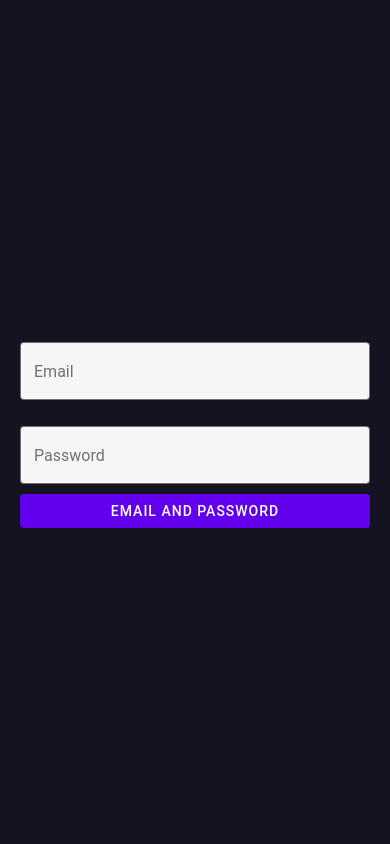
Repository: pascalgrim/GymTracker
Screen: /
These files come from the project's save history. The screen is drawn as it stood at one moment and after the next save; the edit follows.
The app was drawn by React Native's web renderer in a window 390 px wide. The project was rebuilt for these pictures with package versions that can differ from the ones it lists, and the page was loaded fresh each time. Also part of the build but not shown: components/menuCard.js, components/Dashboard.js, firebase.js, context/AuthContext.js.

Above is the screen before, as saved 2021-11-05 20:01:05.

### App.js
import { StatusBar } from "expo-status-bar";
import React from "react";
import {
  Button,
  StyleSheet,
  Text,
  View,
  TouchableOpacity,
  Image,
  SafeAreaView,
} from "react-native";
import MenuCard from "./components/menuCard";

// LOGOS
import mainLogo from "./imgs/mainLogo.png";
import SettingsIcon from "./imgs/mainSettings.png";

// ICONS FOR CARDS
import IconSessions from "./imgs/schreibe-brief.png";
import Dashboard from "./components/Dashboard";
import Signup from "./components/Signup";

export default function App() {
  return (
    <View style={styles.container}>
      {/* <Dashboard/> */}
      <Signup/>

      <StatusBar style="auto" />
    </View>
  );
}

const styles = StyleSheet.create({
  container: {
    flex: 1,
    backgroundColor: "#131321",
    paddingLeft: 20,
    paddingRight: 20,
    paddingTop: 30,
    paddingBottom: 20,
  },
});

### components/Signup.js
import React from 'react'
import {Card, Button,TextInput,Appbar} from 'react-native-paper';
import { View,StyleSheet } from 'react-native';
import { useRef ,useState} from 'react'
import { Link,Route,BrowserRouter as Router,Routes } from 'react-router-dom';
// import Button from '@mui/material/Button';
import {useAuth} from "../context/AuthContext"

export default function Signup() {
    const emailRef = useRef()
    const passwordRef = useRef()
    const passwordConfirmRef = useRef()
    const signup = useAuth()
    const [error,setError] = useState("")
    const [loading,setLoading] = useState(false)

    async function handleSubmit(e){
        e.preventDefault()
        console.log((passwordRef.current.value).length)

        if (passwordRef.current.value !== passwordConfirmRef.current.value){
            return setError("Passwords do not match.")
        }
        else if ((passwordRef.current.value).length < 6){
            return setError("Passwords must have at least 6 characters.")
        }
        try{
            setError("")
            setLoading(true)
            await signup(emailRef.current.value,passwordRef.current.value)
            history.push("/")
        }catch{
            setError("Failed to create an Account.")
        }
        setLoading(false)


    }
    return (
        <View style={styles.container}>
            <TextInput label="Email" mode="outlined" style={styles.textInput}/>
            <TextInput label="Password" mode="outlined" secureTextEntry={true} style={styles.textInput}/>
            <Button dark mode="contained" onPress={handleSubmit}>Email And Password</Button>
        </View>

    )
}

const styles = StyleSheet.create({
    container: {
        flex:1,
        justifyContent:"center",
    },
    textInput:{
        marginTop:10,
        marginBottom:10,
    }
  });

After the next save:
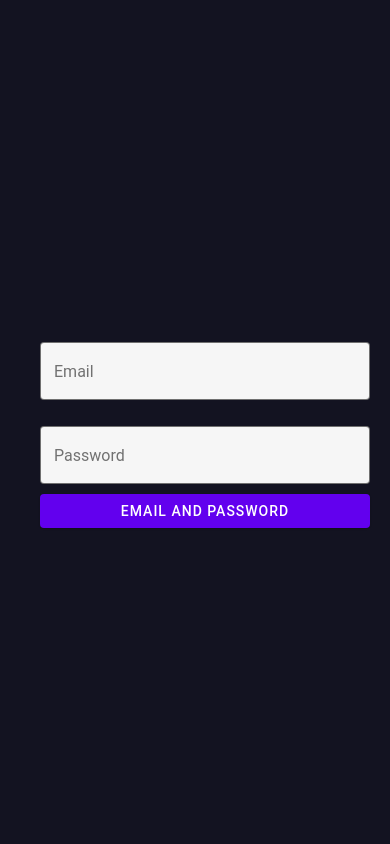
Saved 41 s later.
--- a/App.js
+++ b/App.js
@@ -35,7 +35,7 @@ const styles = StyleSheet.create({
   container: {
     flex: 1,
     backgroundColor: "#131321",
-    paddingLeft: 20,
+    paddingLeft: 40,
     paddingRight: 20,
     paddingTop: 30,
     paddingBottom: 20,
